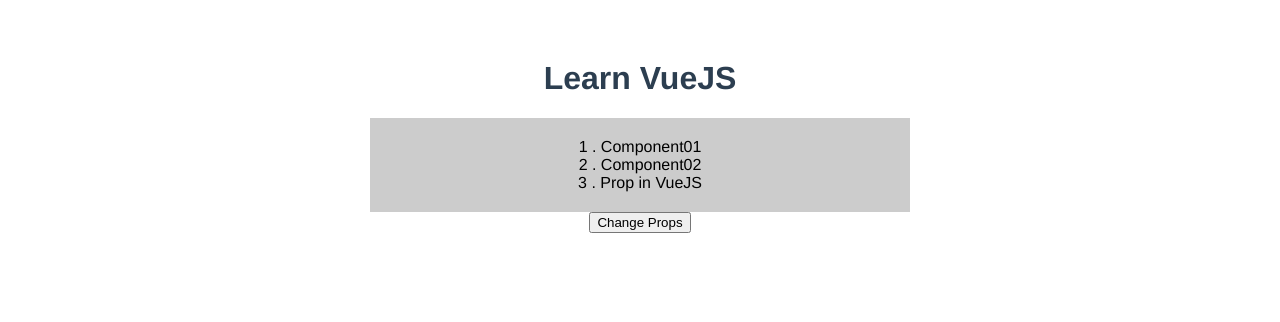
Repository: SWE-VueJS/vue-todo
Page: /#/User
These files come from the project's save history. The page is drawn as it stood at one moment and after the next save; the edit follows.
The browser window is 1280 px wide. The pictures show the whole page.
The project was rebuilt for these pictures with package versions that can differ from the ones it lists, and the page was loaded fresh each time. Also part of the build but not shown: src/components/Component01.vue, src/components/Component02.vue.

Above is the page before, as saved 2018-11-01 11:00:55.

After the next save:
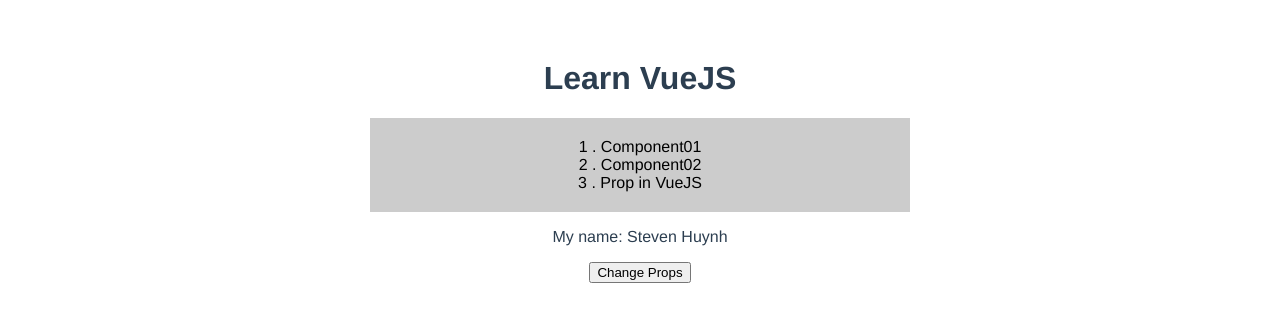
Saved 42 s later.
--- a/src/components/User.vue
+++ b/src/components/User.vue
@@ -10,6 +10,7 @@
     import userdetail from '@/components/UserDetail'
     export default{
         name: 'user',
+        components: {userdetail},
         data (){
             return {
                 title: 'Use props in VueJS',
